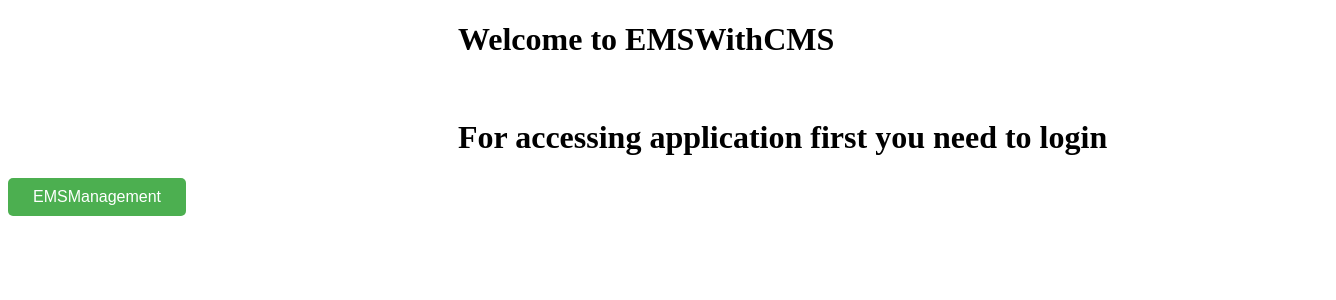
Repository: varnittyagi120/javaproject2
Page: eclipse-workspaceone/CMSWithEMSUsingServletInOptmiseWay/WebContent/index.html
The author's editor kept a copy of each file at every save. The page is drawn from the files as they stood at one save, then again after the next save.
The browser window is 1280 px wide. The page is 1280 px wide, then 1336 px, so the pictures cover 1336 px, including what lies to the right of the window. The pictures show the whole page.

Above is the page before, as saved 2019-11-19 09:24:59.

After the next save:
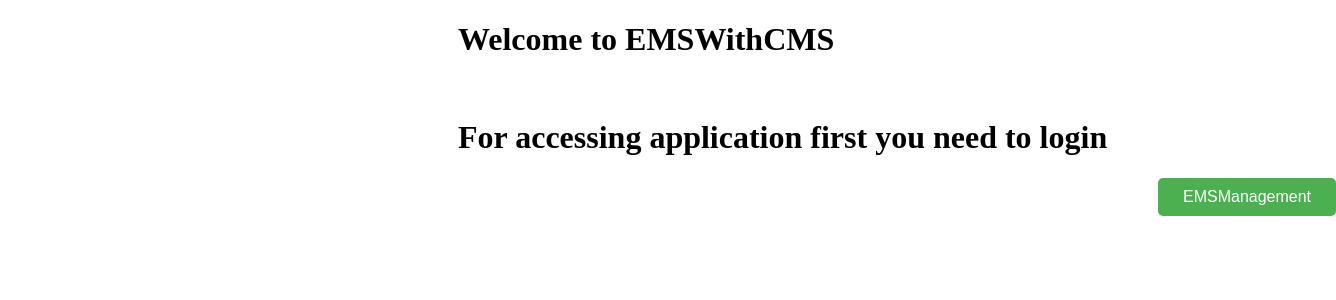
Saved 10 s later.
--- a/eclipse-workspaceone/CMSWithEMSUsingServletInOptmiseWay/WebContent/index.html
+++ b/eclipse-workspaceone/CMSWithEMSUsingServletInOptmiseWay/WebContent/index.html
@@ -19,6 +19,6 @@
         <h1 style='margin-left:450px'>Welcome to EMSWithCMS</h1>
         <br>
         <h1 style='margin-left:450px'>For accessing application first you need to login</h1>
-	    <a href = "StartOfEMS"><button style='margin-left:px'class="button" >EMSManagement</button></a><br><br>
+	    <a href = "StartOfEMS"><button style='margin-left:1150px'class="button" >EMSManagement</button></a><br><br>
 </body>
 </html>
